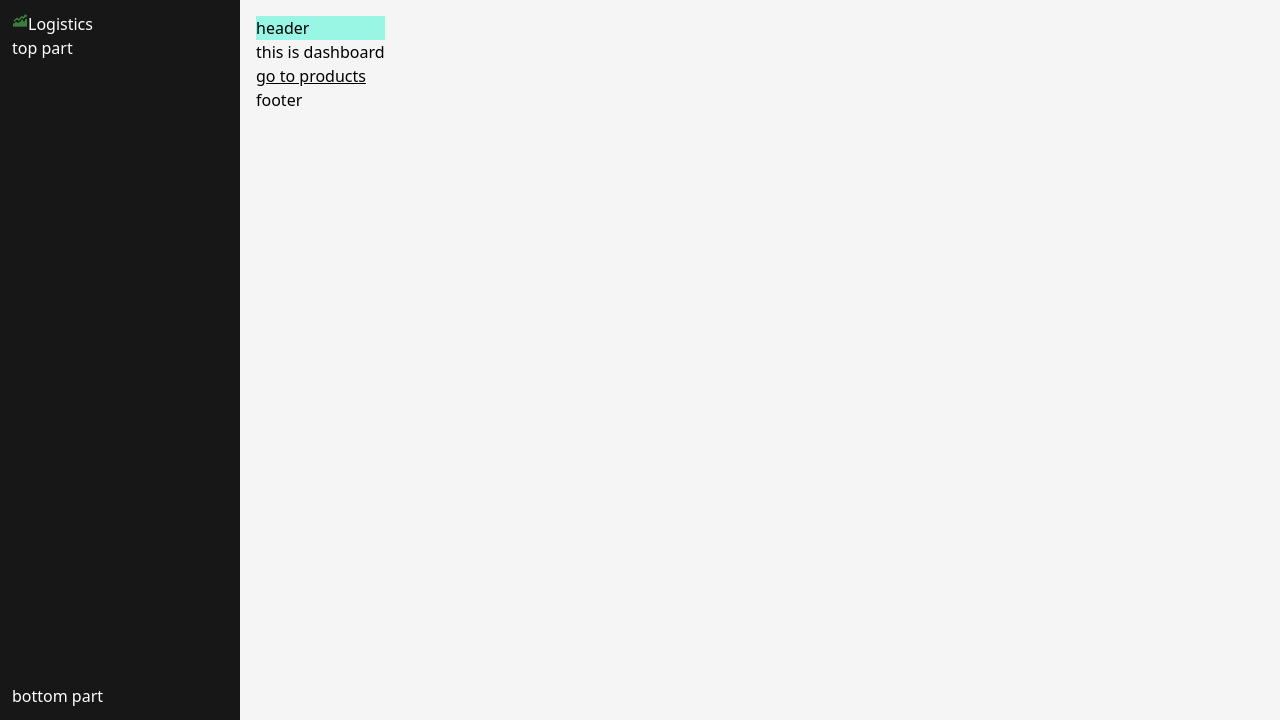
Repository: Mayar2222/Dashboard
Page: /
These files come from the project's save history. The page is drawn as it stood at one moment and after the next save; the edit follows.
The browser window is 1280 px wide. The pictures show the whole page.
The project was rebuilt for these pictures with package versions that can differ from the ones it lists, and the page was loaded fresh each time. Also part of the build but not shown: src/components/Products.jsx.

Above is the page before, as saved 2024-07-17 21:34:32.

After the next save:
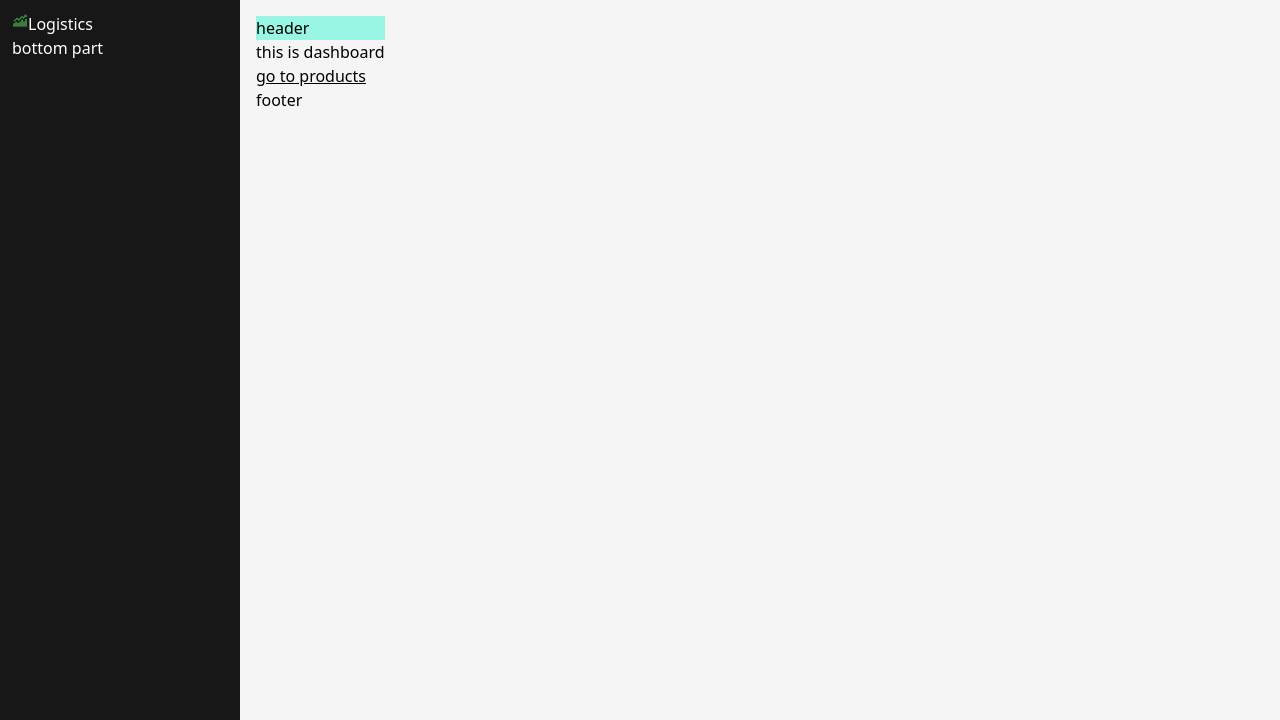
Saved 43 s later.
--- a/src/components/shared/Sidebar.jsx
+++ b/src/components/shared/Sidebar.jsx
@@ -9,7 +9,6 @@
             <span>Logistics</span>
 
         </div>
-    <div className='flex-1'>top part</div>
     <div>bottom part</div>
 
 

After the save that followed:
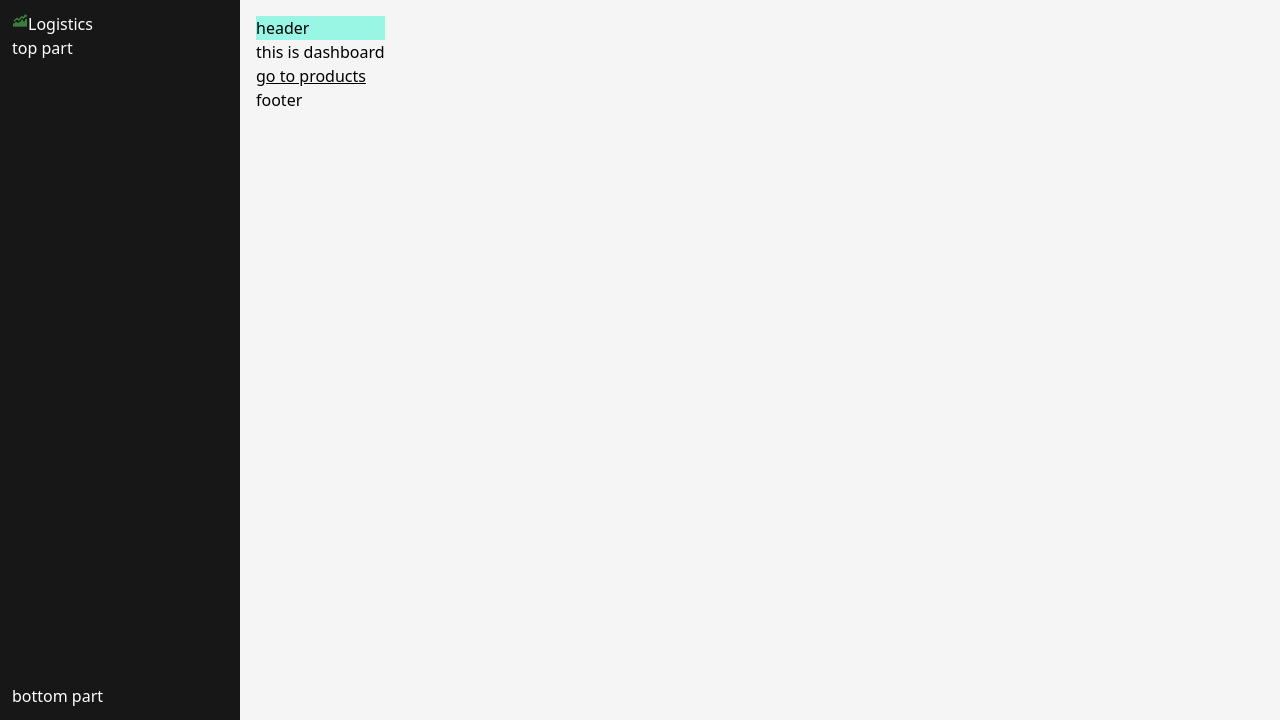
Saved 7 s later.
--- a/src/components/shared/Sidebar.jsx
+++ b/src/components/shared/Sidebar.jsx
@@ -9,6 +9,7 @@
             <span>Logistics</span>
 
         </div>
+    <div className='flex-1'>top part</div>
     <div>bottom part</div>
 
 
